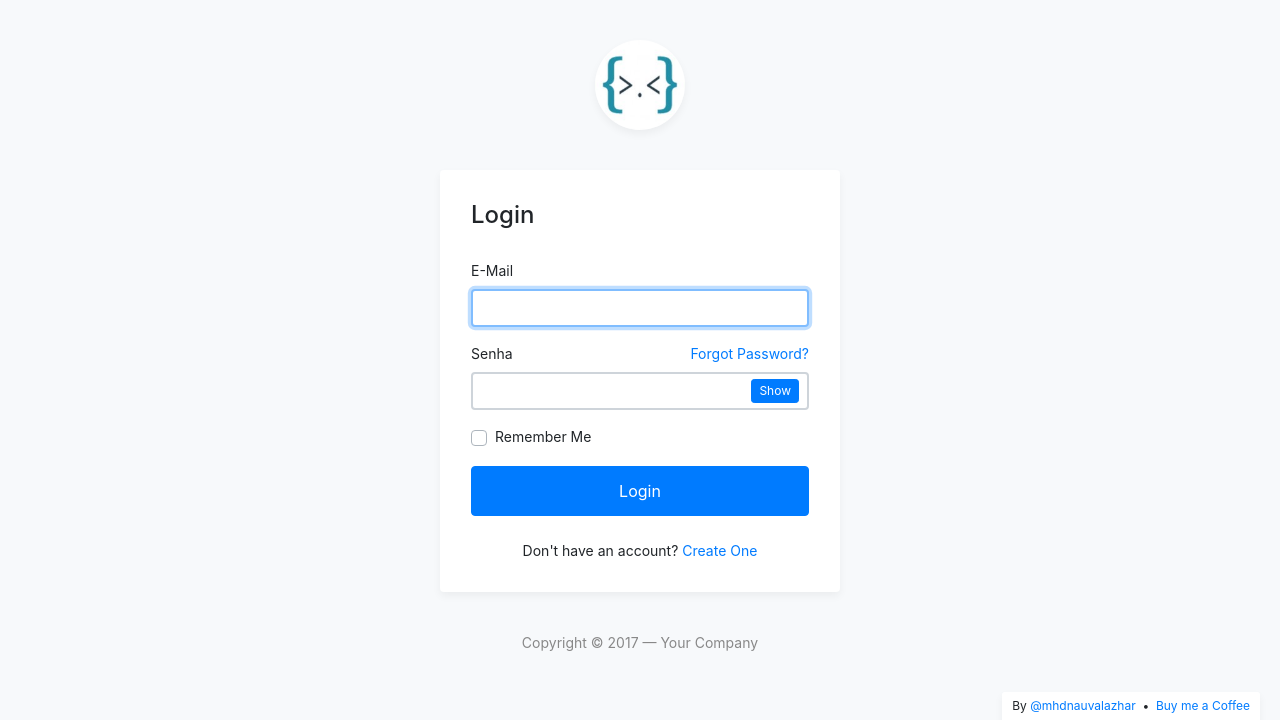
Repository: henrickrufino91/Departamento
Page: http://localhost/login
These files come from the project's save history. The page is drawn as it stood at one moment and after the next save; the edit follows.
The browser window is 1280 px wide. The pictures show the whole page.
The page is this project's Thymeleaf template; nobody is signed in. The template is opened directly, without the code that normally fills it, so the values that code supplies are empty.

Above is the page before, as saved 2024-06-24 01:32:06.

### departamento/src/main/resources/templates/login.html
<!DOCTYPE html>
<html lang="en">
<head>
	<meta charset="utf-8">
	<meta name="author" content="Kodinger">
	<meta name="viewport" content="width=device-width,initial-scale=1">
	<title>Login</title>
	<link rel="stylesheet" href="https://stackpath.bootstrapcdn.com/bootstrap/4.3.1/css/bootstrap.min.css" integrity="sha384-ggOyR0iXCbMQv3Xipma34MD+dH/1fQ784/j6cY/iJTQUOhcWr7x9JvoRxT2MZw1T" crossorigin="anonymous">
	<link rel="stylesheet" type="text/css" href="css/my-login.css">
</head>

<body class="my-login-page">
	<section class="h-100">
		<div class="container h-100">
			<div class="row justify-content-md-center h-100">
				<div class="card-wrapper">
					<div class="brand">
						<img src="img/logo.jpg" alt="logo">
					</div>
					<div class="card fat">
						<div class="card-body">
							<h4 class="card-title">Login</h4>
							<form method="POST" class="my-login-validation" novalidate="">
								<div class="form-group">
									<label for="email">E-Mail</label>
									<input id="email" type="email" class="form-control" name="email" value="" required autofocus>
									<div class="invalid-feedback">
										Email é inválido
									</div>
								</div>

								<div class="form-group">
									<label for="password">Senha
										<a href="forgot.html" class="float-right">
											Forgot Password?
										</a>
									</label>
									<input id="password" type="password" class="form-control" name="password" required data-eye>
								    <div class="invalid-feedback">
								    	Password is required
							    	</div>
								</div>

								<div class="form-group">
									<div class="custom-checkbox custom-control">
										<input type="checkbox" name="remember" id="remember" class="custom-control-input">
										<label for="remember" class="custom-control-label">Remember Me</label>
									</div>
								</div>

								<div class="form-group m-0">
									<button type="submit" class="btn btn-primary btn-block">
										Login
									</button>
								</div>
								<div class="mt-4 text-center">
									Don't have an account? <a href="register.html">Create One</a>
								</div>
							</form>
						</div>
					</div>
					<div class="footer">
						Copyright &copy; 2017 &mdash; Your Company
					</div>
				</div>
			</div>
		</div>
	</section>

	<script src="https://code.jquery.com/jquery-3.3.1.slim.min.js" integrity="sha384-q8i/X+965DzO0rT7abK41JStQIAqVgRVzpbzo5smXKp4YfRvH+8abtTE1Pi6jizo" crossorigin="anonymous"></script>
	<script src="https://cdnjs.cloudflare.com/ajax/libs/popper.js/1.14.7/umd/popper.min.js" integrity="sha384-UO2eT0CpHqdSJQ6hJty5KVphtPhzWj9WO1clHTMGa3JDZwrnQq4sF86dIHNDz0W1" crossorigin="anonymous"></script>
	<script src="https://stackpath.bootstrapcdn.com/bootstrap/4.3.1/js/bootstrap.min.js" integrity="sha384-JjSmVgyd0p3pXB1rRibZUAYoIIy6OrQ6VrjIEaFf/nJGzIxFDsf4x0xIM+B07jRM" crossorigin="anonymous"></script>
	<script src="js/my-login.js"></script>
</body>
</html>

### departamento/src/main/resources/static/css/my-login.css
html,body {
	height: 100%;
}

body.my-login-page {
	background-color: #f7f9fb;
	font-size: 14px;
}

.my-login-page .brand {
	width: 90px;
	height: 90px;
	overflow: hidden;
	border-radius: 50%;
	margin: 40px auto;
	box-shadow: 0 4px 8px rgba(0,0,0,.05);
	position: relative;
	z-index: 1;
}

.my-login-page .brand img {
	width: 100%;
}

.my-login-page .card-wrapper {
	width: 400px;
}

.my-login-page .card {
	border-color: transparent;
	box-shadow: 0 4px 8px rgba(0,0,0,.05);
}

.my-login-page .card.fat {
	padding: 10px;
}

.my-login-page .card .card-title {
	margin-bottom: 30px;
}

.my-login-page .form-control {
	border-width: 2.3px;
}

.my-login-page .form-group label {
	width: 100%;
}

.my-login-page .btn.btn-block {
	padding: 12px 10px;
}

.my-login-page .footer {
	margin: 40px 0;
	color: #888;
	text-align: center;
}

@media screen and (max-width: 425px) {
	.my-login-page .card-wrapper {
		width: 90%;
		margin: 0 auto;
	}
}

@media screen and (max-width: 320px) {
	.my-login-page .card.fat {
		padding: 0;
	}

	.my-login-page .card.fat .card-body {
		padding: 15px;
	}
}

### departamento/src/main/resources/static/js/my-login.js
/******************************************
 * My Login
 *
 * Bootstrap 4 Login Page
 *
 * @author          Muhamad Nauval Azhar
 * @uri 			https://nauval.in
 * @copyright       Copyright (c) 2018 Muhamad Nauval Azhar
 * @license         My Login is licensed under the MIT license.
 * @github          https://github.com/nauvalazhar/my-login
 * @version         1.2.0
 *
 * Help me to keep this project alive
 * https://www.buymeacoffee.com/mhdnauvalazhar
 *
 ******************************************/

'use strict';

$(function() {

	// author badge :)
	var author = '<div style="position: fixed;bottom: 0;right: 20px;background-color: #fff;box-shadow: 0 4px 8px rgba(0,0,0,.05);border-radius: 3px 3px 0 0;font-size: 12px;padding: 5px 10px;">By <a href="https://twitter.com/mhdnauvalazhar">@mhdnauvalazhar</a> &nbsp;&bull;&nbsp; <a href="https://www.buymeacoffee.com/mhdnauvalazhar">Buy me a Coffee</a></div>';
	$("body").append(author);

	$("input[type='password'][data-eye]").each(function(i) {
		var $this = $(this),
			id = 'eye-password-' + i,
			el = $('#' + id);

		$this.wrap($("<div/>", {
			style: 'position:relative',
			id: id
		}));

		$this.css({
			paddingRight: 60
		});
		$this.after($("<div/>", {
			html: 'Show',
			class: 'btn btn-primary btn-sm',
			id: 'passeye-toggle-'+i,
		}).css({
				position: 'absolute',
				right: 10,
				top: ($this.outerHeight() / 2) - 12,
				padding: '2px 7px',
				fontSize: 12,
				cursor: 'pointer',
		}));

		$this.after($("<input/>", {
			type: 'hidden',
			id: 'passeye-' + i
		}));

		var invalid_feedback = $this.parent().parent().find('.invalid-feedback');

		if(invalid_feedback.length) {
			$this.after(invalid_feedback.clone());
		}

		$this.on("keyup paste", function() {
			$("#passeye-"+i).val($(this).val());
		});
		$("#passeye-toggle-"+i).on("click", function() {
			if($this.hasClass("show")) {
				$this.attr('type', 'password');
				$this.removeClass("show");
				$(this).removeClass("btn-outline-primary");
			}else{
				$this.attr('type', 'text');
				$this.val($("#passeye-"+i).val());
				$this.addClass("show");
				$(this).addClass("btn-outline-primary");
			}
		});
	});

	$(".my-login-validation").submit(function() {
		var form = $(this);
        if (form[0].checkValidity() === false) {
          event.preventDefault();
          event.stopPropagation();
        }
		form.addClass('was-validated');
	});
});

After the next save:
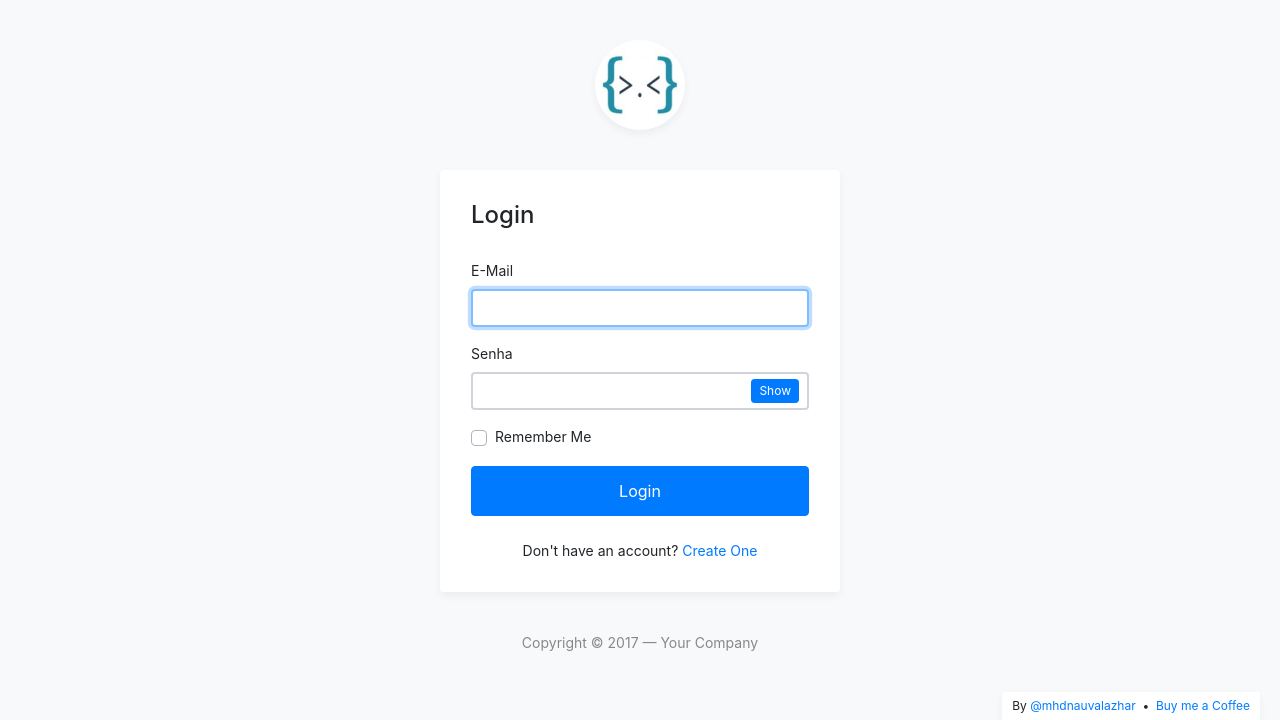
Saved 9 s later.
--- a/departamento/src/main/resources/templates/login.html
+++ b/departamento/src/main/resources/templates/login.html
@@ -31,9 +31,7 @@
 
 								<div class="form-group">
 									<label for="password">Senha
-										<a href="forgot.html" class="float-right">
-											Forgot Password?
-										</a>
+
 									</label>
 									<input id="password" type="password" class="form-control" name="password" required data-eye>
 								    <div class="invalid-feedback">
